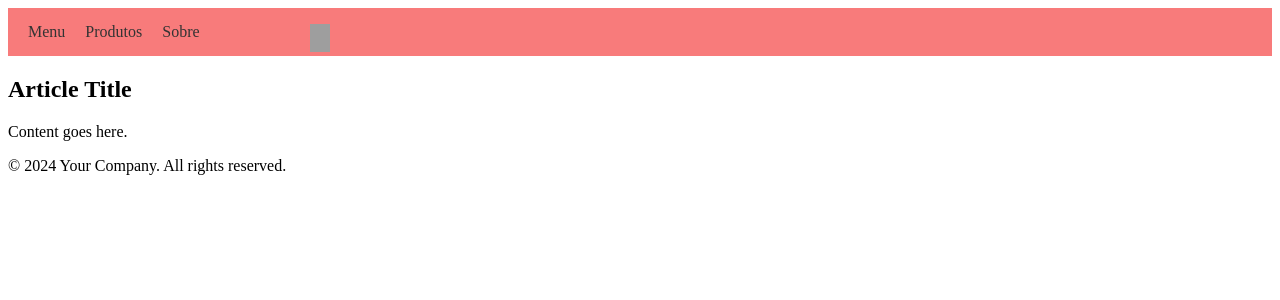
Repository: rafael-beeb/blog-not
Page: myblog/html/index.html
An editor plug-in stored every save of this project. The page is shown before and after the next save, followed by the edit.
The browser window is 1280 px wide. The pictures show the whole page.
Pictures or frames that could not be fetched are drawn as grey boxes.

Above is the page before, as saved 2024-09-19 09:28:09.

### myblog/html/index.html
<!DOCTYPE html>
<html lang="en">
<head>
    <meta charset="UTF-8">
    <meta name="viewport" content="width=device-width, initial-scale=1.0">
    <title>Document</title>
    <link rel="stylesheet" href="../css/styles.css">
</head>
<body>
    <header>
        <nav>
            <a href="#menu">Menu</a>
            <a href="#produtos">Produtos</a>
            <a href="#sobre">Sobre</a>

            <img src="../free-wifi.png" alt="">
        </nav>


    </header>
    <main>
        <article>
            <h1>Article Title</h1>
            <p>Content goes here.</p>
        </article>
    </main>
    <footer>
        <p>&copy; 2024 Your Company. All rights reserved.</p>
    </footer>
</body>
</html>

### myblog/css/styles.css
nav {
    background-color: #f87b7b; /* Example background color */
    padding: 10px; /* Add some padding */
    display: flex;

}

nav a {
    text-decoration: none;
    padding: 5px 10px; /* Space around the links */
    color: #333; /* Link color */
}

nav a:hover {
    background-color: #e0e0e0; /* Change background on hover */
    border-radius: 5px; /* Rounded corners on hover */
}
nav img:hover {
    background-color: #e0e0e0; /* Change background on hover */
    border-radius: 5px; /* Rounded corners on hover */
}

nav img{
    width: 20px;
    transform: translateY(6px);
    margin-left: 100px;
}

After the next save:
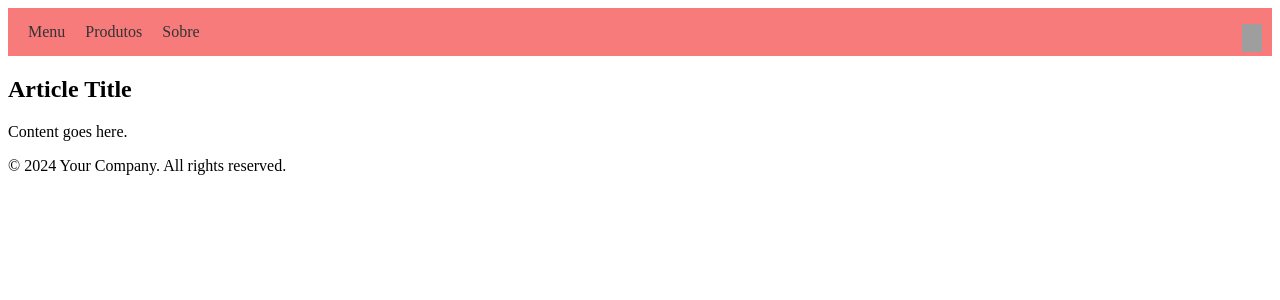
Saved 9 s later.
--- a/myblog/css/styles.css
+++ b/myblog/css/styles.css
@@ -23,5 +23,5 @@
 nav img{
     width: 20px;
     transform: translateY(6px);
-    margin-left: 100px;
+    margin-left: auto;
 }
